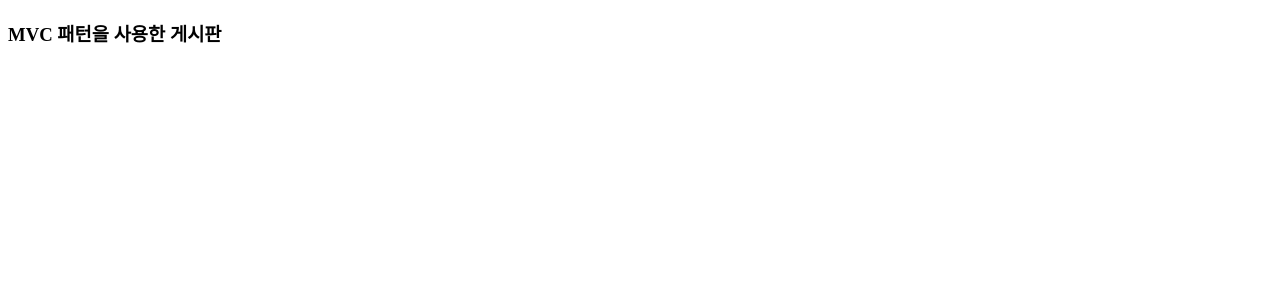
Repository: Gaboza18/JSP
Page: http://localhost/11.mvc_board/
The author's editor kept a copy of each file at every save. The page is drawn from the files as they stood at one save, then again after the next save.
The browser window is 1280 px wide. The pictures show the whole page.
The page is served by Tomcat 9.

Above is the page before, as saved 2021-12-28 02:55:28.

After the next save:
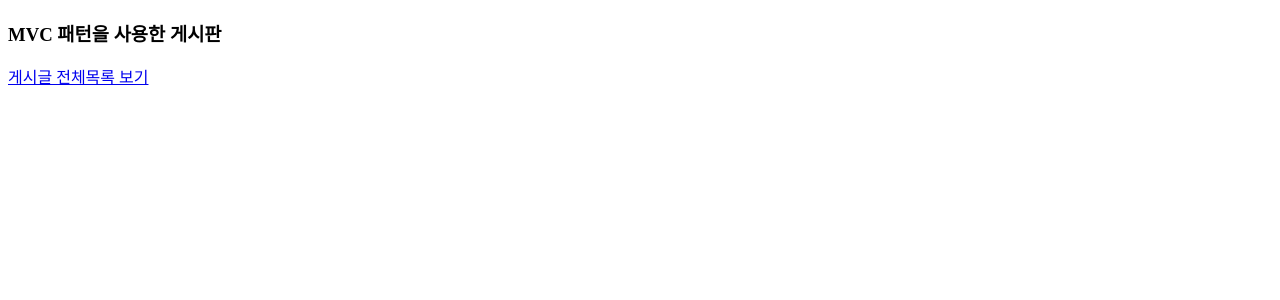
Saved 13 s later.
--- a/11.mvc_board/src/main/webapp/index.jsp
+++ b/11.mvc_board/src/main/webapp/index.jsp
@@ -8,6 +8,6 @@
 </head>
 <body>
 	<h3>MVC 패턴을 사용한 게시판</h3>
-	<a href="BoardServlet?command=board_list"></a>
+	<a href="BoardServlet?command=board_list">게시글 전체목록 보기</a>
 </body>
 </html>
